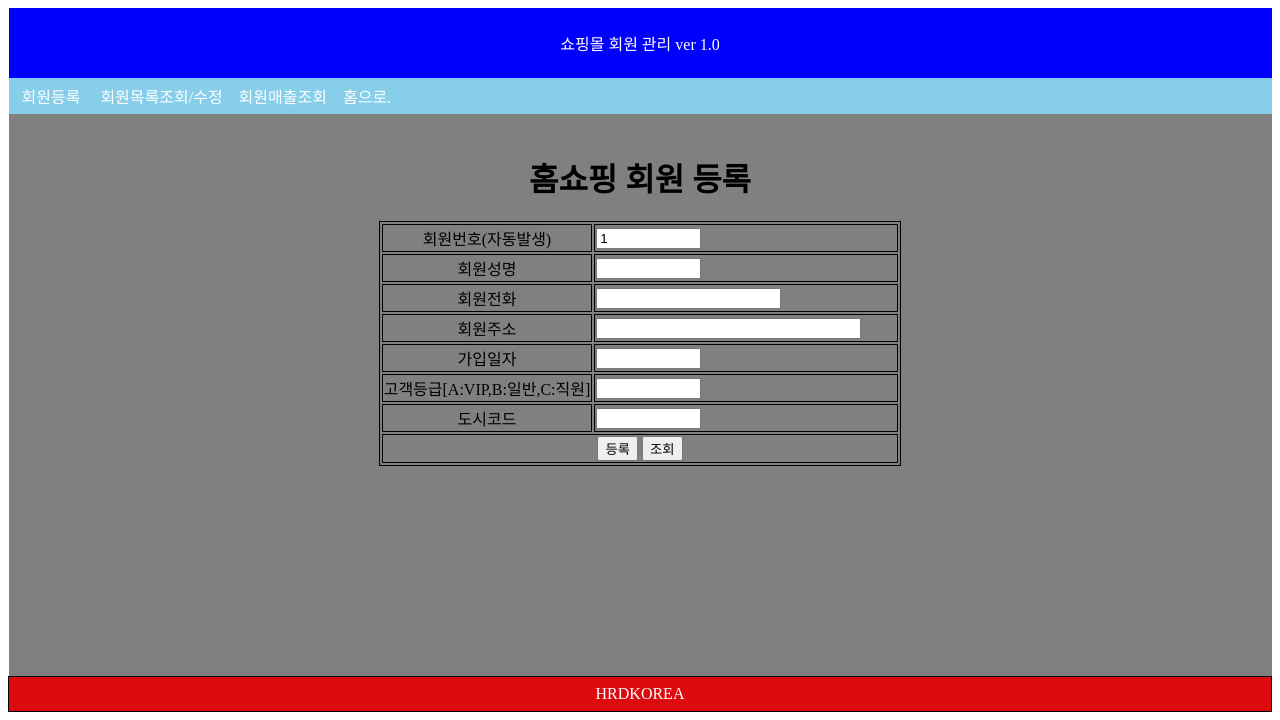
Repository: choigobin/Programming
Page: http://localhost/HRD1118/insert.jsp
An editor plug-in stored every save of this project. The page is shown before and after the next save, followed by the edit.
The browser window is 1280 px wide. The pictures show the whole page.
The page is served by Tomcat 9. Other server files are loaded and not shown. Queries for data that is not in the repository find no rows.

Above is the page before, as saved 2019-11-18 04:07:04.

### YangJung/workspace/HRD1118/WebContent/insert.jsp
<%@page import="java.sql.SQLException"%>
<%@page import="java.sql.DriverManager"%>
<%@page import="java.sql.ResultSet"%>
<%@page import="java.sql.PreparedStatement"%>
<%@page import="java.sql.Connection"%>
<%@ page language="java" contentType="text/html; charset=UTF-8"
    pageEncoding="UTF-8"%>
<html>
<head>
<%
Connection conn = null;
PreparedStatement pstmt = null;
ResultSet rs = null;
request.setCharacterEncoding("utf-8");
Class.forName("oracle.jdbc.OracleDriver");
conn = DriverManager.getConnection("jdbc:oracle:thin:@//localhost:1521/testdb", "scott", "1234");
int x = 1;
try{
	String sql = "select custno from member_tbl_02 order by custno desc";
	pstmt = conn.prepareStatement(sql);
	rs = pstmt.executeQuery();
	if(rs.next()){
		x=x+rs.getInt(1);
	}
}catch(SQLException e){
	System.out.print(e.getMessage());
}finally{
	if(rs!=null) rs.close();
	if(pstmt!=null) pstmt.close();
	if(conn!=null) conn.close();
}
%>
<style>
#tb1{
	height: 100%; width:100%;
	border-collapse: collapse;
	border: solid 0px;
	}
#t1{
	border: solid 0px;
	}
tr,td{
	border: solid black 1px;
	}
#tb2{
	border-collapse: separate;
	border: solid black 1px;
	}
a{
	color: white;
	text-decoration: none;
}
</style>
<script type="text/javascript">
function check1() {
	if(document.form.custname.value==""){
		alert("회원 성명이 입력되지 않았습니다.");
		document.form.custname.focus();
	}
	else{
		document.form.submit;
	}
}

</script>
<meta charset="UTF-8">
<title>Insert title here</title>
</head>
<body>
<table id="tb1">
<jsp:include page="header.jsp"/>
<jsp:include page="nav.jsp"/>
<tr id="t1">
<td id="t1" valign="top" bgcolor="gray">
<br />
<h1 align="center">홈쇼핑 회원 등록</h1>
<form name="form" method="get" action="SQL_insert.jsp">
<table id="tb2" align="center">
<tr>
	<td style="text-align: center;">
		회원번호(자동발생)
	</td>
	<td width="300">
		<input type="text" size="10" name=custno value="<%=x%>">
	</td>
</tr>
<tr>
	<td style="text-align: center;">
		회원성명
	</td>
	<td>
		<input type="text" size="10" name=custname>
	</td>
</tr>
<tr>
	<td style="text-align: center;">
		회원전화
	</td>
	<td>
		<input type="text" size="20" name=phone>
	</td>
</tr>
<tr>
	<td style="text-align: center;">
		회원주소
	</td>
	<td>
		<input type="text" size="30" name=address>
	</td>
</tr>
<tr>
	<td style="text-align: center;">
		가입일자
	</td>
	<td>
		<input type="text" size="10" name=joindate>
	</td>
</tr>
<tr>
	<td style="text-align: center;">
		고객등급[A:VIP,B:일반,C:직원]
	</td>
	<td>
		<input type="text" size="10" name=grade>
	</td>
</tr>
<tr>
	<td style="text-align: center;">
		도시코드
	</td>
	<td>
		<input type="text" size="10" name=city>
	</td>
</tr>
<tr>
<td colspan="2" style="text-align: center;" >
	<input type="submit" value="등록" onclick="javascript:check1()">
	<input type="button" value="조회" onclick="location.href='SQL_select.jsp'">
</td>
</tr>
</table>
</form>
</td>
</tr>
<jsp:include page="footer.jsp"/>
</table>
</body>
</html>

### YangJung/workspace/HRD1118/WebContent/header.jsp
<%@ page language="java" contentType="text/html; charset=UTF-8"
    pageEncoding="UTF-8"%>
<tr id="t1" height="10%">
<td id="t1" bgcolor="blue" align="center">
<span style="color: white; font-size:'20px';">쇼핑몰 회원 관리 ver 1.0</span>
</td>
</tr>

### YangJung/workspace/HRD1118/WebContent/nav.jsp
<%@ page language="java" contentType="text/html; charset=UTF-8"
    pageEncoding="UTF-8"%>
<tr id="t1" height="5%">
<td id="t1" bgcolor="skyblue" align="left">
<span style="color: white;">&nbsp&nbsp
	<a href="insert.jsp">회원등록</a> &nbsp&nbsp&nbsp
	<a href="SQL_select.jsp">회원목록조회/수정</a>&nbsp&nbsp&nbsp
	<a href="#">회원매출조회</a>&nbsp&nbsp&nbsp
	<a href="index.jsp">홈으로.</a>&nbsp&nbsp&nbsp
</span>
</td>
</tr>

### YangJung/workspace/HRD1118/WebContent/footer.jsp
<%@ page language="java" contentType="text/html; charset=UTF-8"
    pageEncoding="UTF-8"%>
<tr height="5%">
<td bgcolor="deepblue" align="center">
<span style="color: white;">HRDKOREA</span>
</td>
</tr>

After the next save:
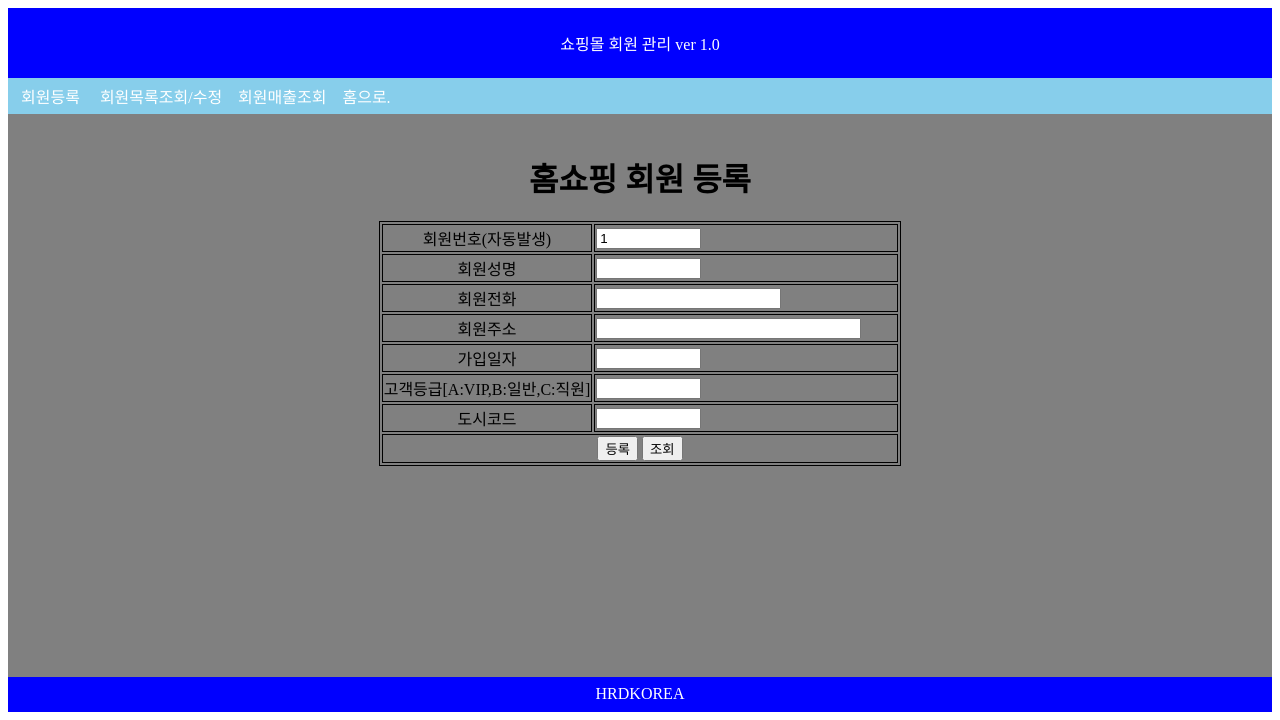
Saved 9 s later.
--- a/YangJung/workspace/HRD1118/WebContent/footer.jsp
+++ b/YangJung/workspace/HRD1118/WebContent/footer.jsp
@@ -1,7 +1,7 @@
 <%@ page language="java" contentType="text/html; charset=UTF-8"
     pageEncoding="UTF-8"%>
-<tr height="5%">
-<td bgcolor="deepblue" align="center">
+<tr id="t1" height="5%">
+<td id="t1" bgcolor="blue" align="center">
 <span style="color: white;">HRDKOREA</span>
 </td>
 </tr>
